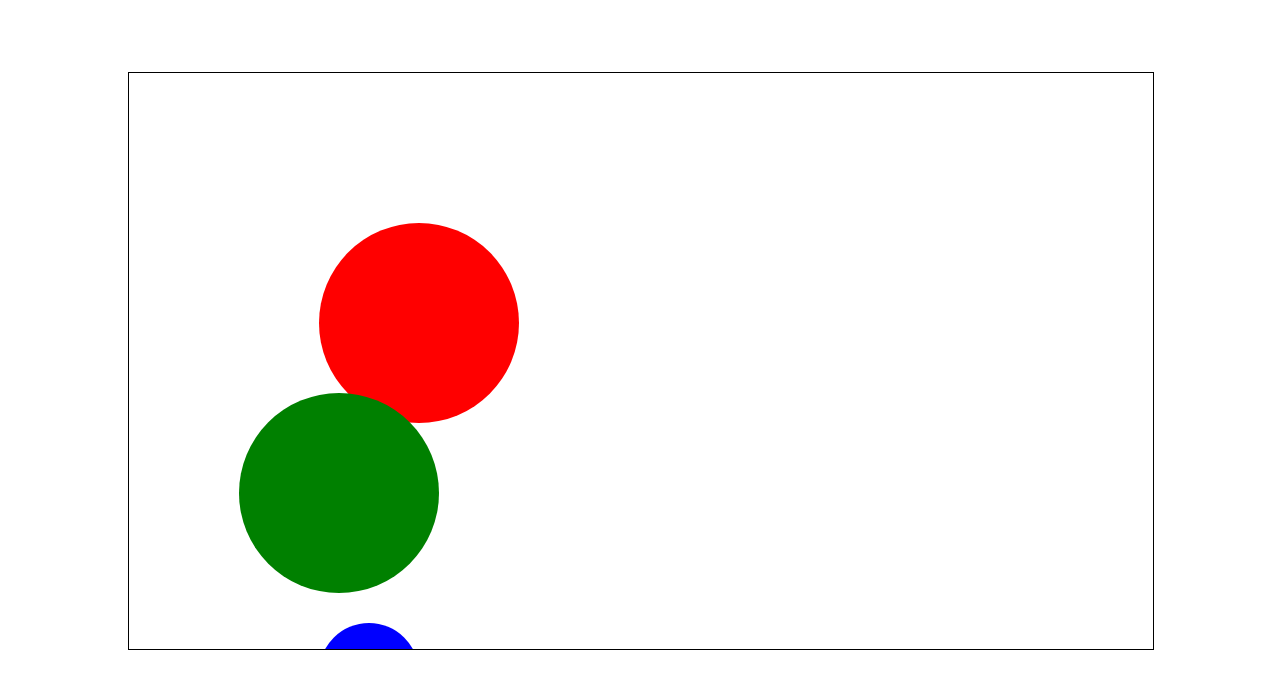
Repository: themoomooo/testgitajout
Page: index.html
The author's editor kept a copy of each file at every save. The page is drawn from the files as they stood at one save, then again after the next save.
The browser window is 1280 px wide. The pictures show the whole page.

Above is the page before, as saved 2023-01-23 16:07:22.

After the next save:
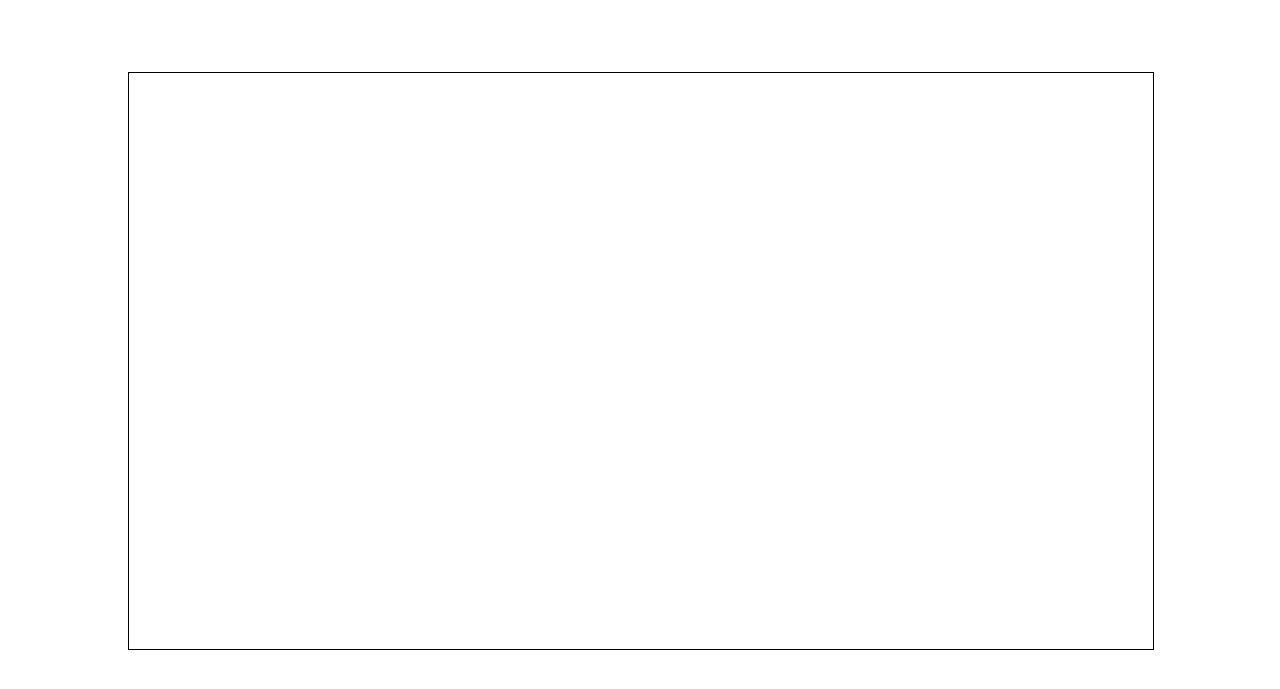
Console error: SyntaxError: Unexpected identifier 'setInterval'
Saved 4 min 44 s later.
--- a/main.js
+++ b/main.js
@@ -50,7 +50,7 @@
     this.balles.forEach((ball)=>{
         this.terrain.appendChild(ball.getOjectDom());
     });
-    setInterval(this.move() , 1000)
+    log setInterval(this.move() , 1000)
    }
 
     move(){

After the save that followed:
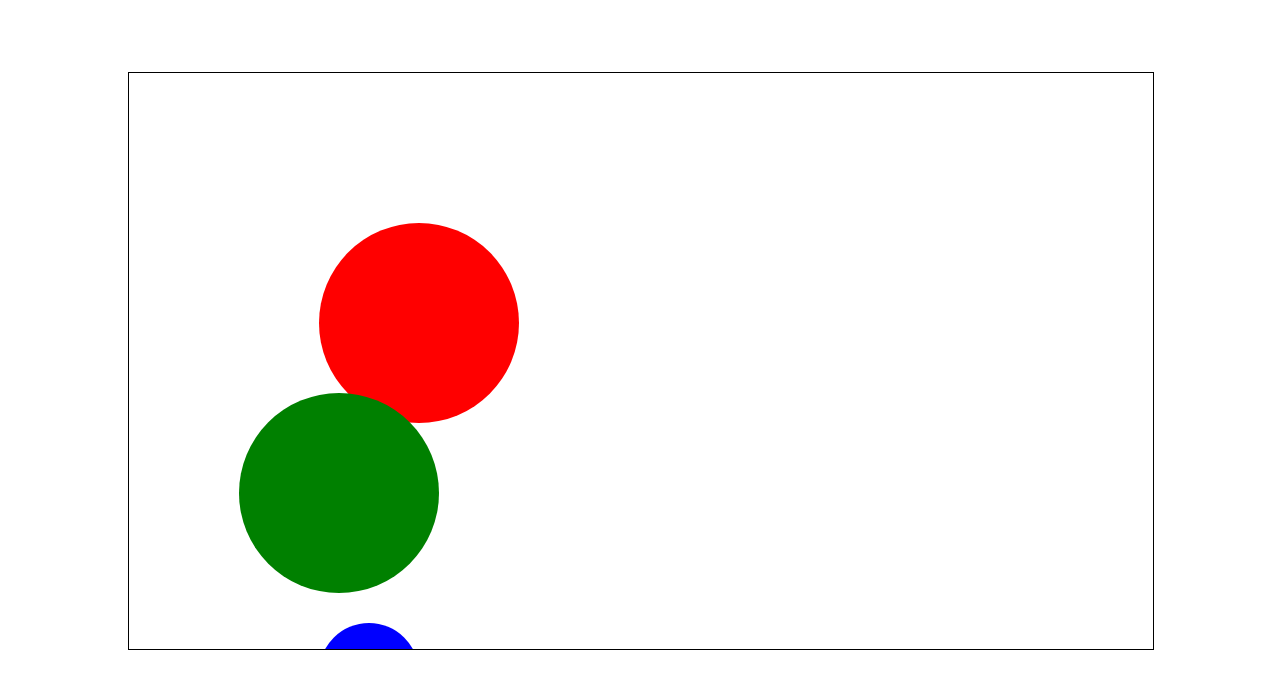
The error is gone.
Saved 4 s later.
--- a/main.js
+++ b/main.js
@@ -50,7 +50,7 @@
     this.balles.forEach((ball)=>{
         this.terrain.appendChild(ball.getOjectDom());
     });
-    log setInterval(this.move() , 1000)
+    console.log(); setInterval(this.move() , 1000)
    }
 
     move(){
